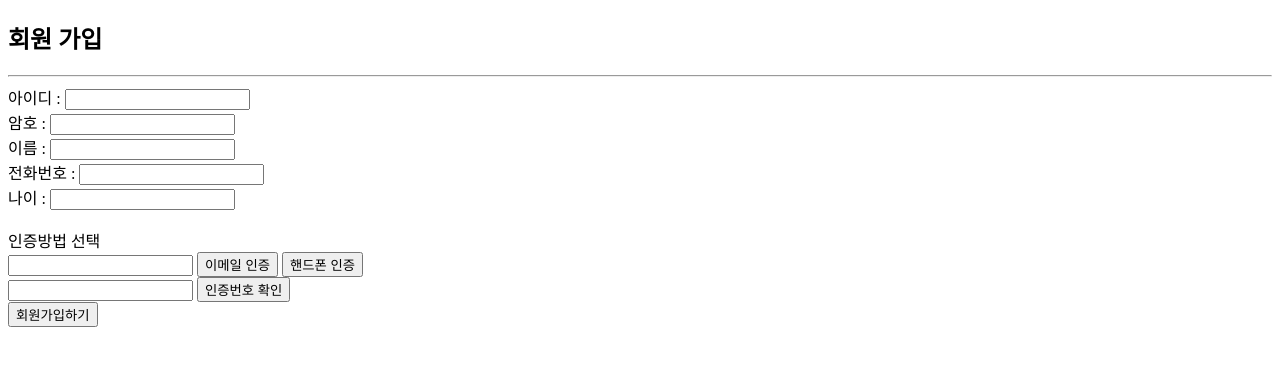
Repository: 0hmuse/day0330-2
Page: day0330-1/src/main/resources/static/test.html
The author's editor kept a copy of each file at every save. The page is drawn from the files as they stood at one save, then again after the next save.
The browser window is 1280 px wide. The pictures show the whole page.

Above is the page before, as saved 2020-03-30 12:26:17.

### day0330-1/src/main/resources/static/test.html
<!DOCTYPE html>
<html>
<head>
<meta charset="EUC-KR">
<title>Insert title here</title>
<script type="text/javascript" src="https://code.jquery.com/jquery-3.4.1.min.js"></script>
<script type="text/javascript">
$(function(){

$("#btn_email").click(function(){
	var data = {in1:$("#in1").val()}
	$.ajax("/email.do",{data:data,success:function(r){

	}})
});


// 	$("#btn_phone").click(function(){
// 		$("#check").empty();
// 		var i = $("<input type='text' id='in' name='in'>");
// 		var pb = $("<button id='pbc'>인증번호 보내기</button>");
// 		$("#check").append(i);
// 		$("body").append(pb);

// 		$("#pbc").on("click",function(){
// 			var data = $("#g").serialize();
// 			$.ajax("/email.do",{data:data,success:function(r){
// 				if(r.equal("인증성공")){
// 					var add = $("<button id='add'>가입하기<button>")

// 					$("#add").on("click",function(){
// 						var data = $("#f").serialize();
// 						$.ajax("/insert.do",{data:data,success:function(r){
// 							alert(r);
// 						}})
// 					})
// 					}
// 				}
// 			})
// 		});
// 	})

})
</script>
</head>
<body>
	<h2>회원 가입</h2>
	<hr>
	<form id="f">
		아이디 : <input type="text" id="id" name="id"><br>
		암호 : <input type="text" id="pwd" name="pwd"><br>
		이름 : <input type="text" id="name" name="name"><br>
		전화번호 : <input type="text" id="tel" name="tel"><br>
		나이 : <input type="text" id="age" name="age"><br>
		<br>
	</form>
		인증방법 선택<br>

		<form id="g">
			<div id="check">
				<input type='text' id='in1' name='in1'>
		</form>
				<button id="btn_email">이메일 인증</button>
				<button id="btn_phone">핸드폰 인증</button>
				<br>
		<form id="h">
				<input type='text' id='in2' name='in2'>
				<button id='ebc2'>인증번호 확인</button>
			</div>
		</form>
		<button id="btnAdd">회원가입하기</button>

</body>
</html>

After the next save:
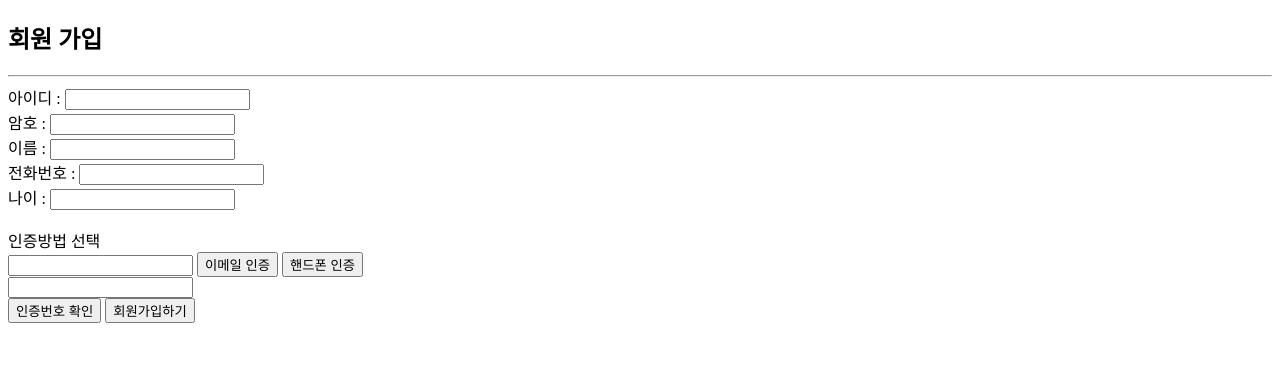
Saved 26 s later.
--- a/day0330-1/src/main/resources/static/test.html
+++ b/day0330-1/src/main/resources/static/test.html
@@ -63,11 +63,12 @@ $("#btn_email").click(function(){
 				<button id="btn_email">이메일 인증</button>
 				<button id="btn_phone">핸드폰 인증</button>
 				<br>
+
 		<form id="h">
 				<input type='text' id='in2' name='in2'>
-				<button id='ebc2'>인증번호 확인</button>
 			</div>
 		</form>
+				<button id='ebc2'>인증번호 확인</button>
 		<button id="btnAdd">회원가입하기</button>
 
 </body>
